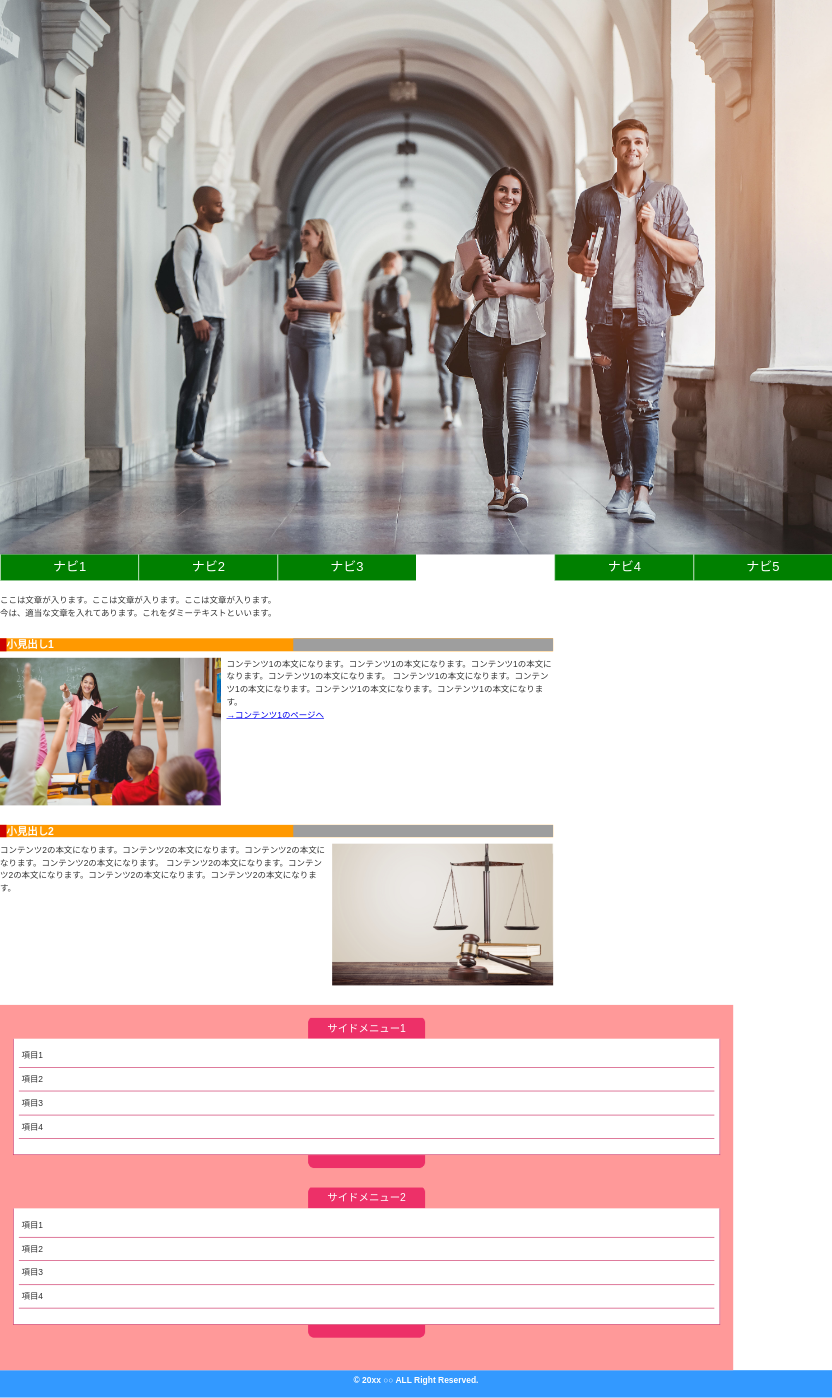
Repository: shirataku0805/samurai_HTML_CSS
Page: samurai/home.html
The author's editor kept a record of every edit. The page is drawn from the files as they stood at one moment, then again after the next edit.
The browser window is 1280 px wide. The pictures show the whole page, at 65% of full size.
Pictures or frames that could not be fetched are drawn as grey boxes.

Above is the page before.

After the next edit:
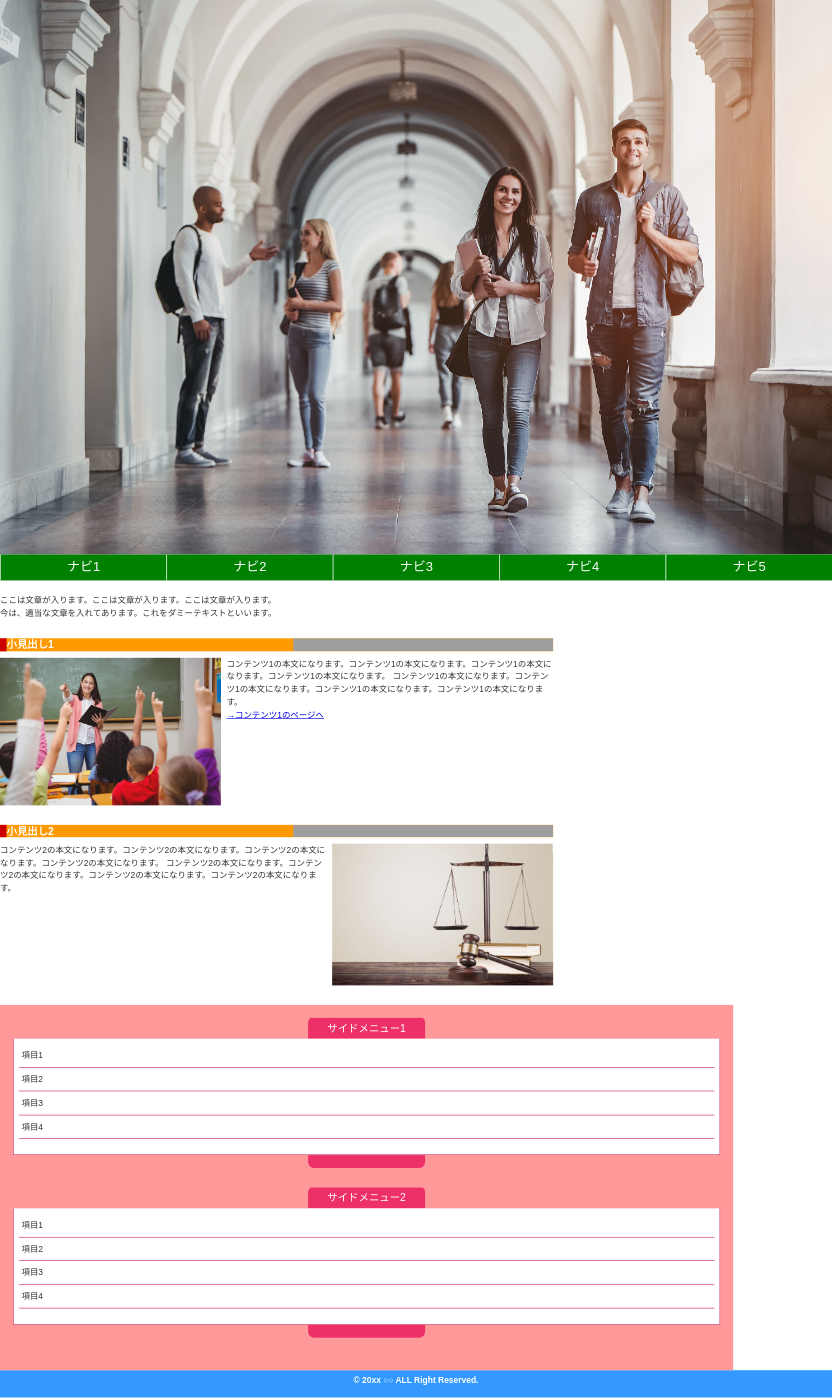
The edit:
--- a/samurai/home.html
+++ b/samurai/home.html
@@ -14,7 +14,7 @@
         <ul>
           <li><a href="home.html">ナビ1</a></li>
           <li><a href="#">ナビ2</a></li>
-          <li><a href="#">ナビ3</a></li><li>
+          <li><a href="#">ナビ3</a></li>
           <li><a href="#">ナビ4</a></li>
           <li><a href="#">ナビ5</a></li>
         </ul>
